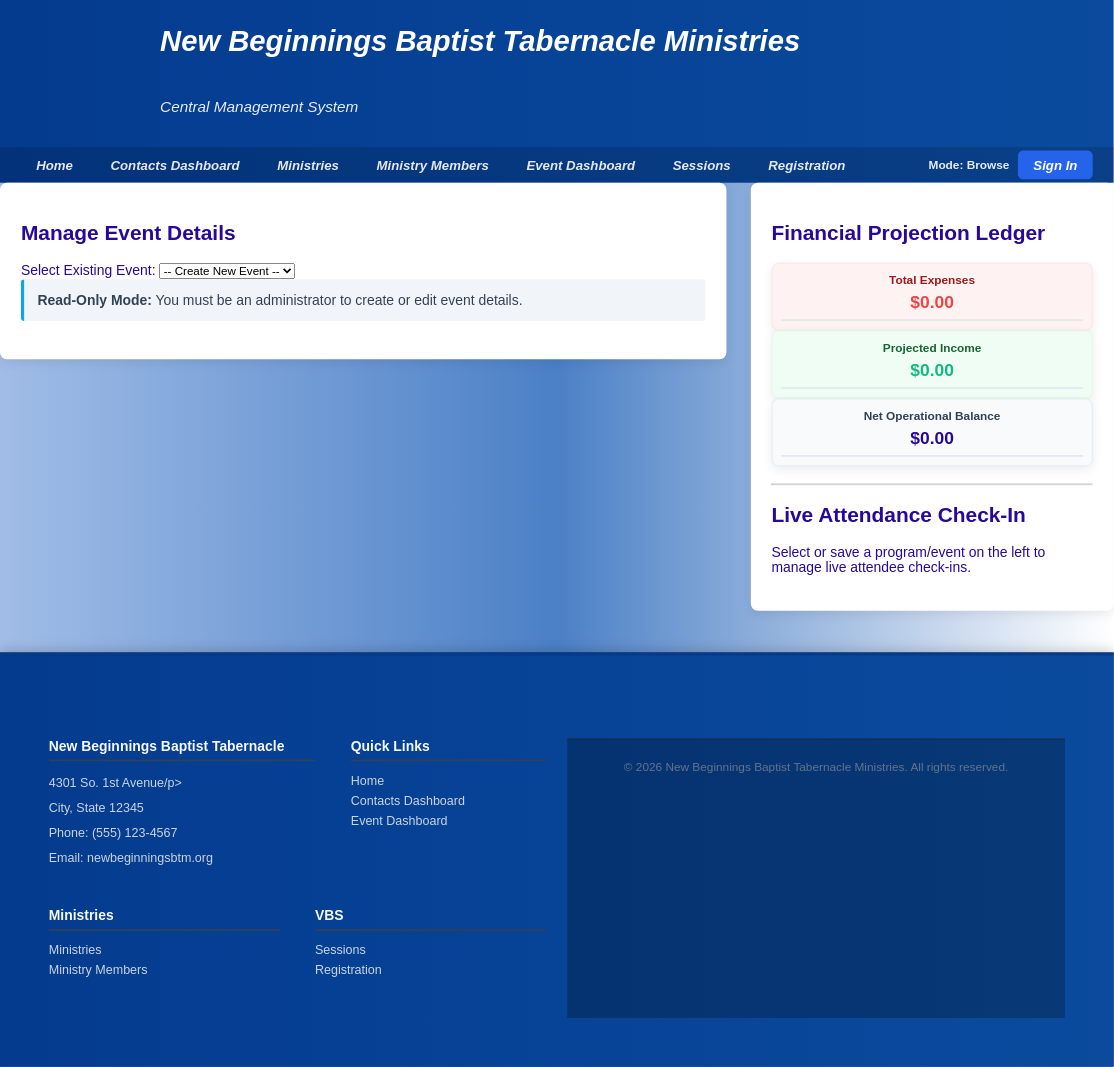
Repository: scherron56/nbbtm-central-cms
Page: http://localhost/events.php
The author's editor kept a copy of each file at every save. The page is drawn from the files as they stood at one save, then again after the next save.
The browser window is 1280 px wide. The pictures show the whole page, at 87% of full size.
Some web fonts or font styles are not loaded; a fallback is used. The page is run by PHP 8.4 with error messages shown; the project is at /var/www/html/. Queries for data that is not in the repository find no rows.

Above is the page before, as saved 2026-08-19 11:37:25.

After the next save:
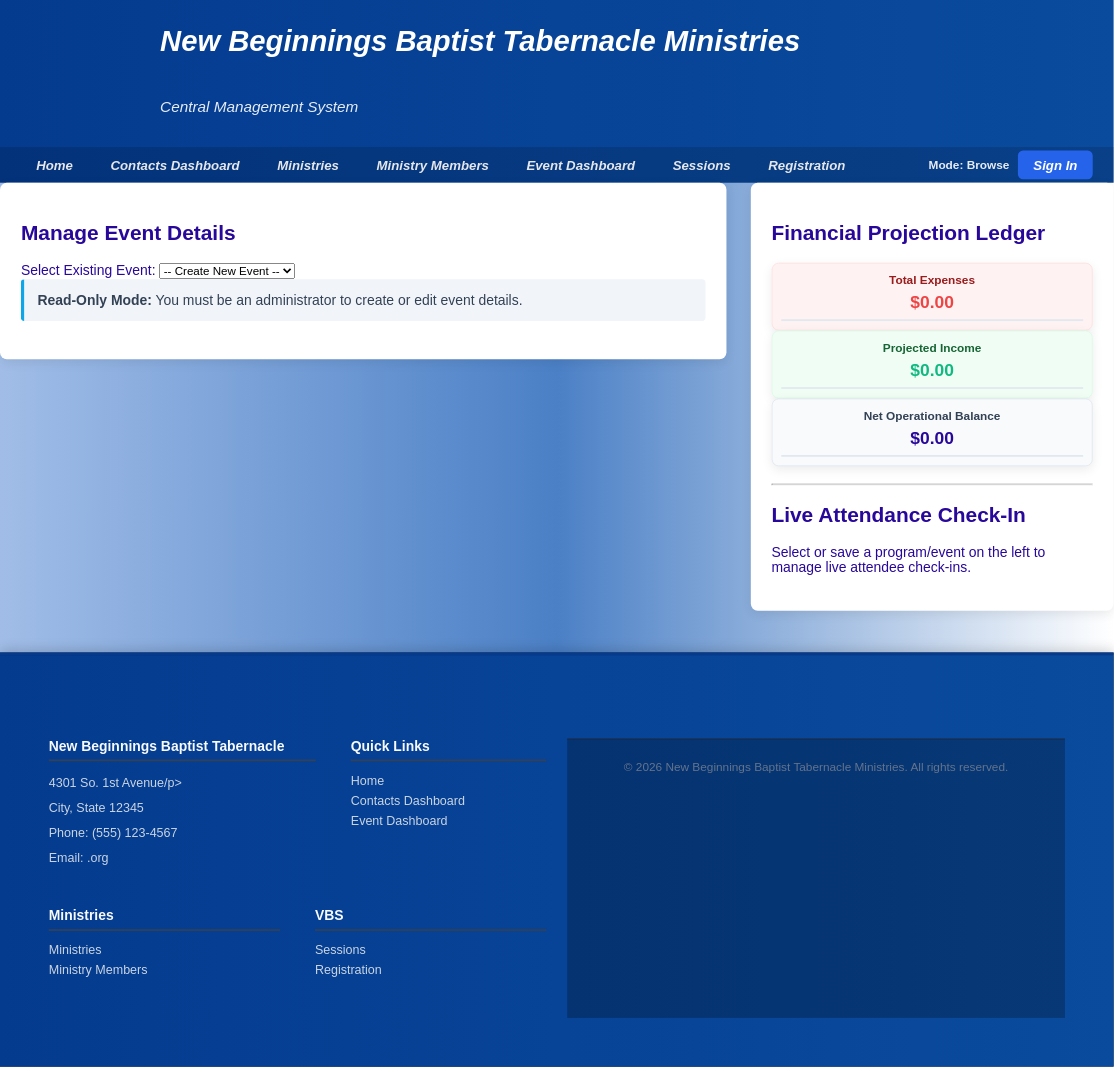
Saved 9 s later.
--- a/include/footer.php
+++ b/include/footer.php
@@ -18,7 +18,7 @@
           <p>4301 So. 1st Avenue/p>
           <p>City, State 12345</p>
           <p>Phone: (555) 123-4567</p>
-          <p>Email: newbeginningsbtm.org</p>
+          <p>Email: .org</p>
         </address>
       </div>
 
